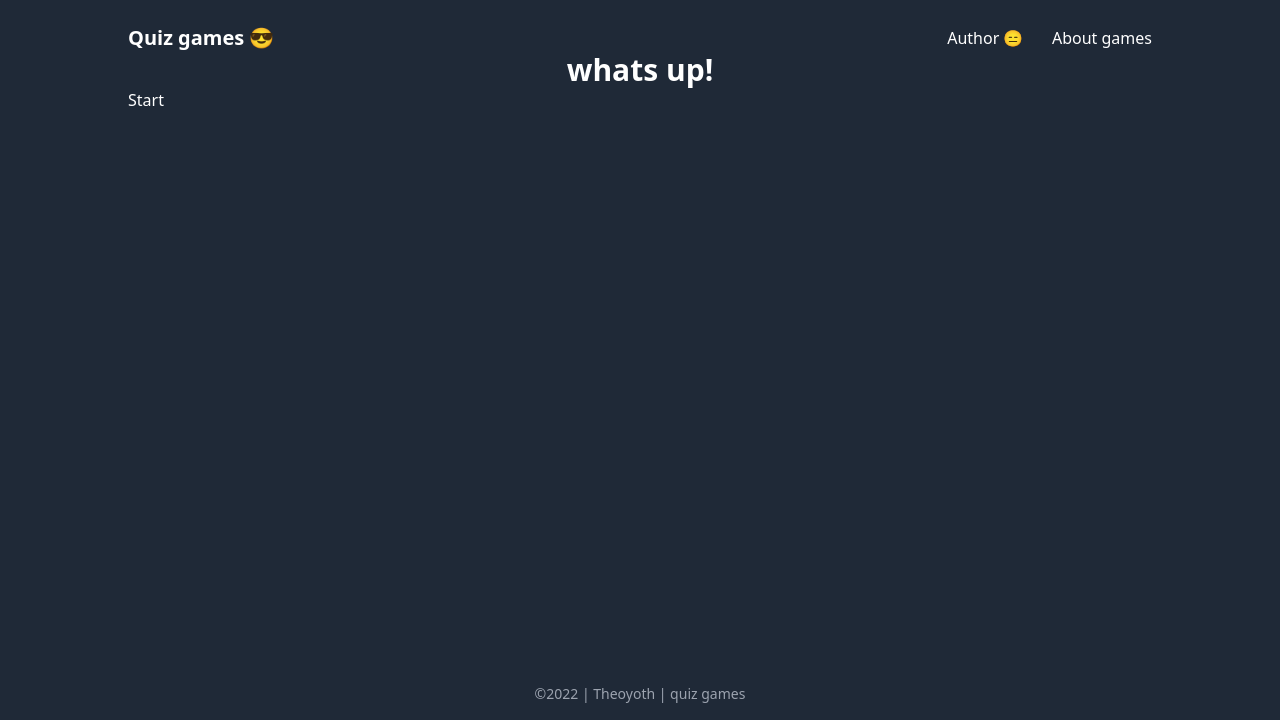
Repository: theoyoth/quiz-game
Page: /
The author's editor kept a copy of each file at every save. The page is drawn from the files as they stood at one save, then again after the next save.
The browser window is 1280 px wide. The pictures show the whole page.
The project was rebuilt for these pictures with package versions that can differ from the ones it lists, and the page was loaded fresh each time. The framework's server and built-in components were replaced by stand-ins that run in the browser. Also part of the build but not shown: nuxt.config.js, components/EndPage.vue, layouts/404.vue, layouts/error.vue, layouts/errorLayout.vue.

Above is the page before, as saved 2022-06-14 17:37:33.

After the next save:
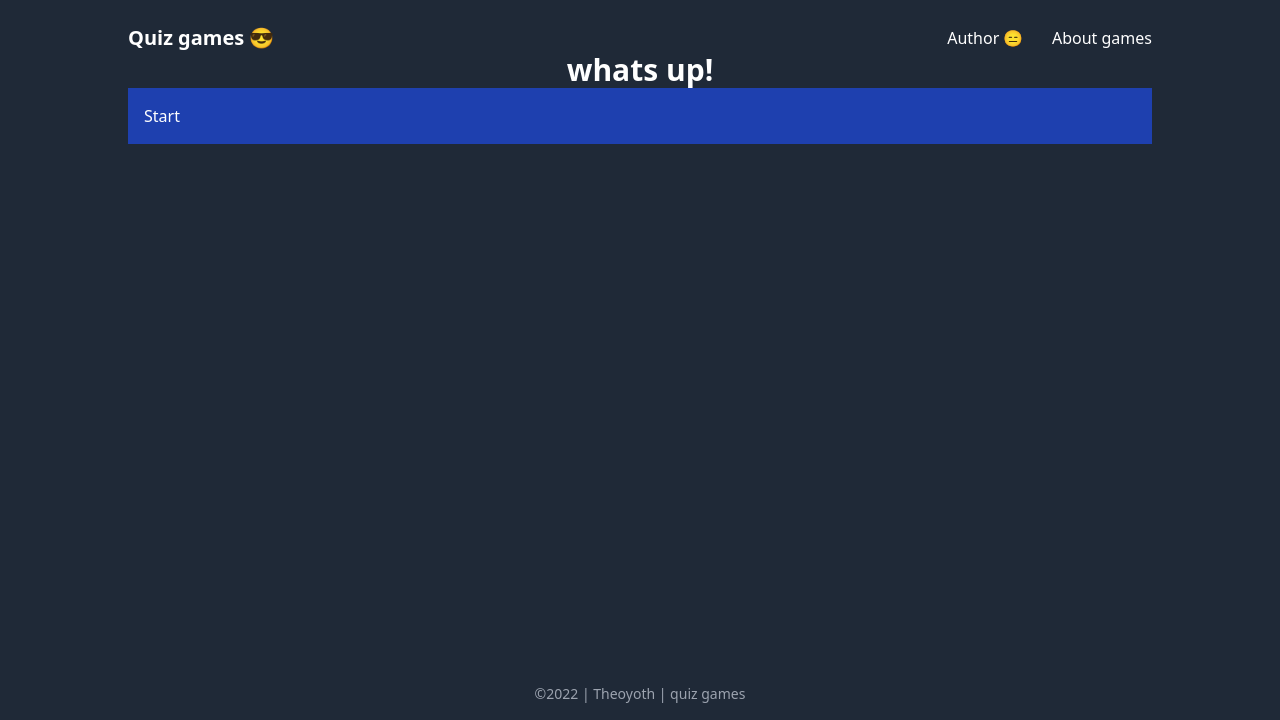
Saved 6 s later.
--- a/pages/index.vue
+++ b/pages/index.vue
@@ -1,7 +1,7 @@
 <template>
   <div>
     <h1 class="text-3xl font-bold text-center">whats up!</h1>
-    <div>
+    <div class="p-4 bg-blue-800">
       <NuxtLink to="/game">Start</NuxtLink>
     </div>
   </div>
